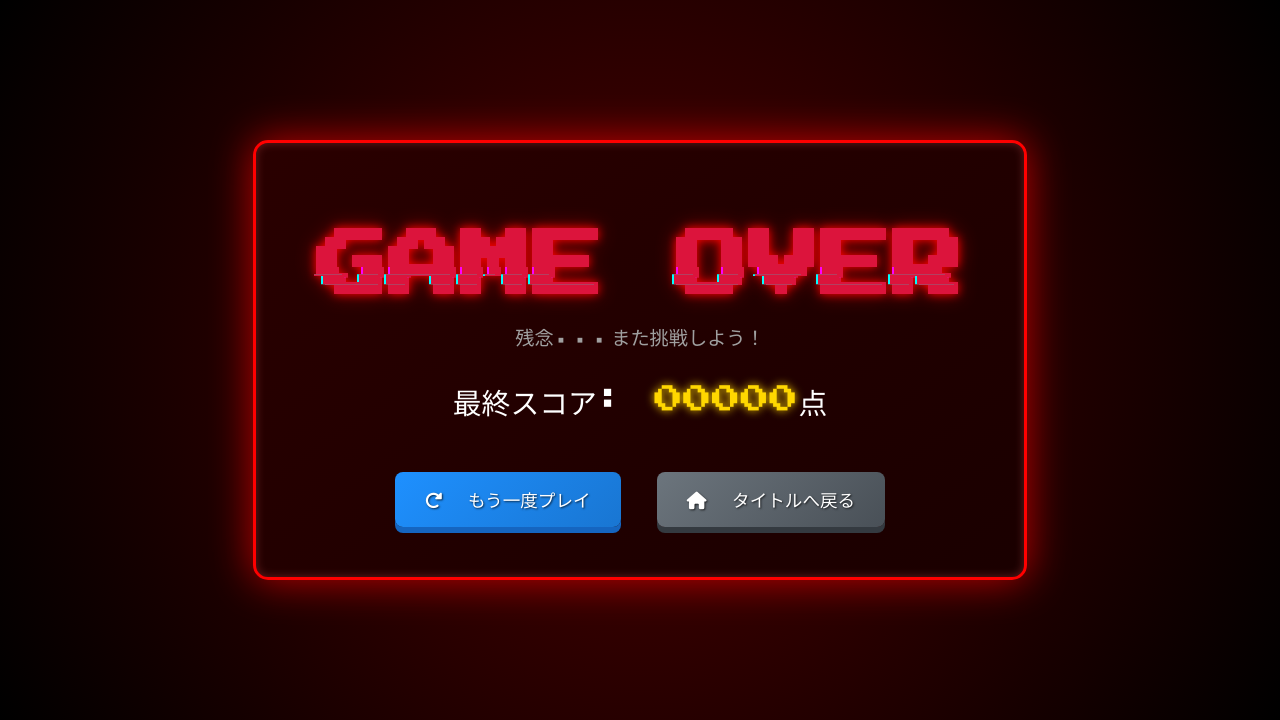
Repository: RM250501/demo
Page: Extenders/src/main/webapp/gameover.html
These files come from the project's save history. The page is drawn as it stood at one moment and after the next save; the edit follows.
The browser window is 1280 px wide. The pictures show the whole page.

Above is the page before, as saved 2025-10-04 11:15:58.

After the next save:
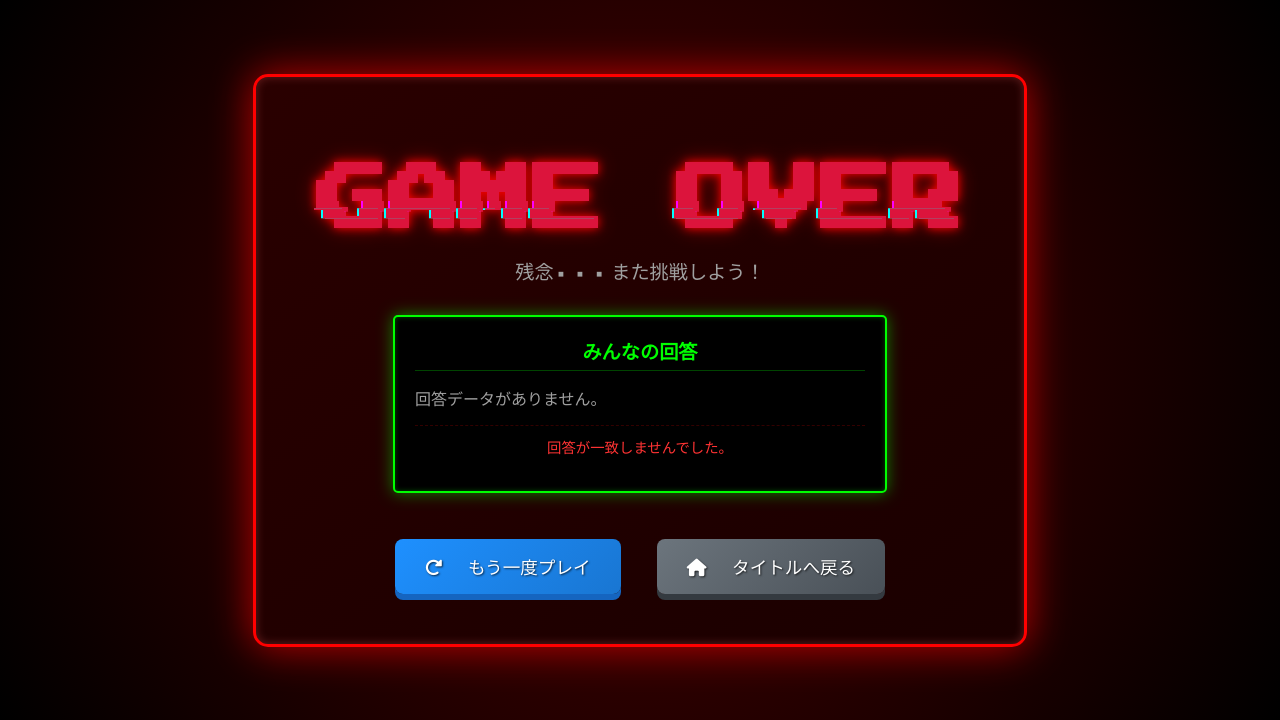
Saved 37 s later.
--- a/Extenders/src/main/webapp/gameover.html
+++ b/Extenders/src/main/webapp/gameover.html
@@ -4,8 +4,9 @@
 <head>
 	<meta charset="UTF-8">
 	<meta name="viewport" content="width=device-width, initial-scale=1.0">
-	<title>ゲームオーバー</title>
+	<title>HINT GUESSER</title>
 	<link rel="stylesheet" href="css/gameover.css">
+	<script src="js/jquery-2.1.4.min.js"></script>
 	<link href="https://fonts.googleapis.com/css2?family=Press+Start+2P&display=swap" rel="stylesheet">
 	<link rel="stylesheet" href="https://cdnjs.cloudflare.com/ajax/libs/font-awesome/6.0.0-beta3/css/all.min.css">
 </head>
@@ -14,10 +15,20 @@
 	<div class="container">
 		<h1 class="title" data-text="GAME OVER">GAME OVER</h1>
 		<p class="subtitle">残念...また挑戦しよう！</p>
-		<p class="score">最終スコア: <span id="final-score">00000</span>点</p>
+
+		<div class="answers-display">
+			<h2>みんなの回答</h2>
+			<ul id="player-answers">
+				<li class="answer-item"><span class="player-name">たかお</span>: <span
+						class="player-answer-different">ねこ</span></li>
+				<li class="answer-item"><span class="player-name">あきら</span>: <span
+						class="player-answer-different">いぬ</span></li>
+			</ul>
+			<p class="answers-footer">回答が一致しませんでした。</p>
+		</div>
 
 		<div class="button-group">
-			<button class="retry-button" onclick="location.href='login.html'">
+			<button class="retry-button" onclick="location.href='title.html'">
 				<i class="fas fa-redo-alt"></i> もう一度プレイ
 			</button>
 			<button class="title-button" onclick="location.href='title.html'">
